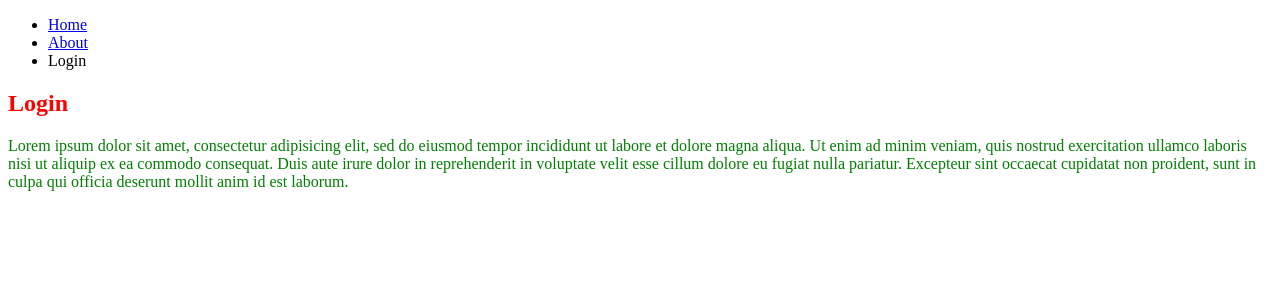
Repository: rileymeye1/ZTM
Page: project_files/login.html
The author's editor kept a copy of each file at every save. The page is drawn from the files as they stood at one save, then again after the next save.
The browser window is 1280 px wide. The pictures show the whole page.

Above is the page before, as saved 2024-08-19 16:22:31.

### project_files/login.html

<!DOCTYPE html>
<html>
<head>
  <title>My first website!</title>
  <link rel="stylesheet" type="text/css" href="style.css">
</head>
<body>
  <header>
    <nav>
      <ul>
        <li><a href="index.html">Home</a></li>
        <li><a href="about.html">About</a></li>
        <li>Login</li>
      </ul>
    </nav>
  </header>
  <section>
    <h2>Login</h2>
    <p>Lorem ipsum dolor sit amet, consectetur adipisicing elit, sed do eiusmod
    tempor incididunt ut labore et dolore magna aliqua. Ut enim ad minim veniam,
    quis nostrud exercitation ullamco laboris nisi ut aliquip ex ea commodo
    consequat. Duis aute irure dolor in reprehenderit in voluptate velit esse
    cillum dolore eu fugiat nulla pariatur. Excepteur sint occaecat cupidatat non
    proident, sunt in culpa qui officia deserunt mollit anim id est laborum.</p>
  </section>
</body>
</html>

### project_files/style.css
/* Selector {
  Property: value;
} */

h2 {
  color: red;
}

p {
  color: pink;
}

p {
  color: green;
}

Loaded but not shown: project_files/style2.css (common file)

After the next save:
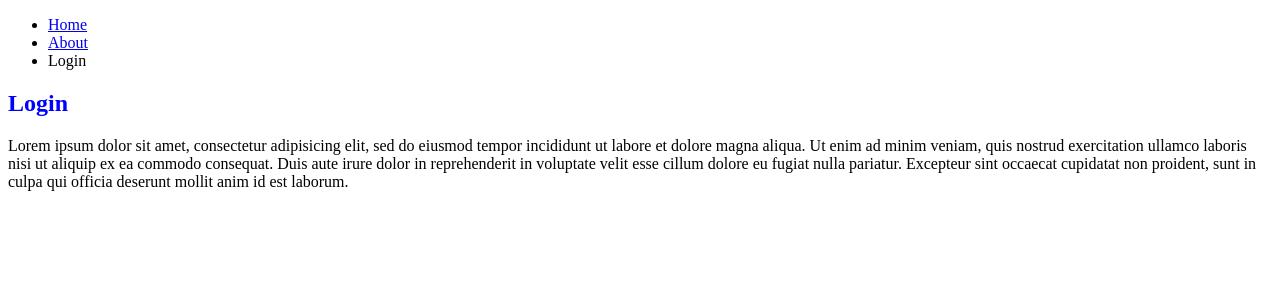
Saved 8 s later.
--- a/project_files/login.html
+++ b/project_files/login.html
@@ -3,7 +3,7 @@
 <html>
 <head>
   <title>My first website!</title>
-  <link rel="stylesheet" type="text/css" href="style.css">
+  <link rel="stylesheet" type="text/css" href="style2.css">
 </head>
 <body>
   <header>
